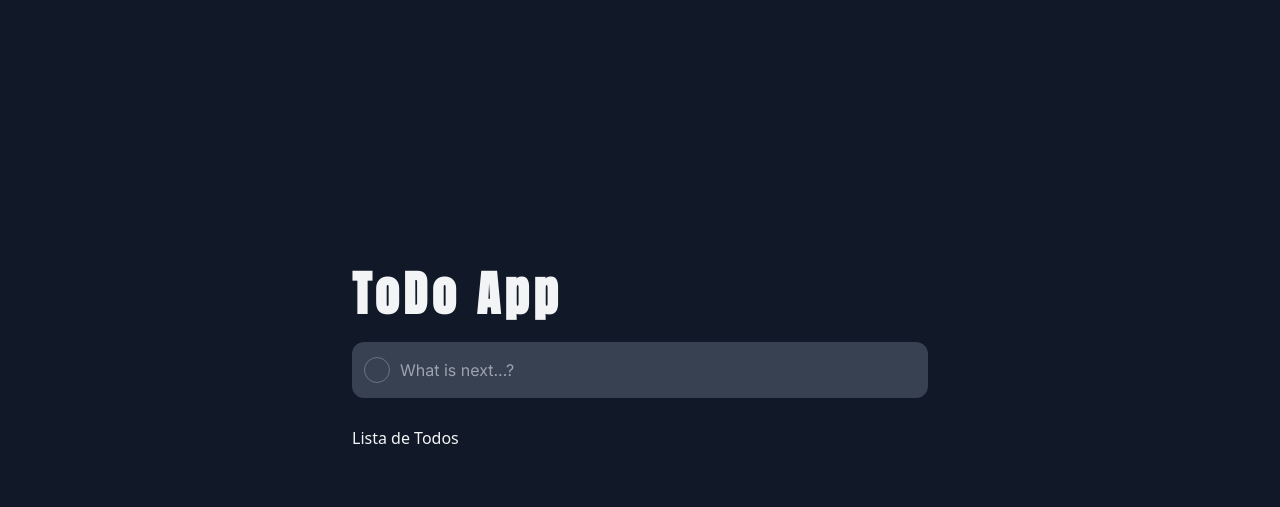
Repository: mvbri/app-todo-fullstack
Page: /
An editor plug-in stored every save of this project. The page is shown before and after a run of saves, followed by the edit.
The browser window is 1280 px wide. The pictures show the whole page.
The project was rebuilt for these pictures with package versions that can differ from the ones it lists, and the page was loaded fresh each time. Also part of the build but not shown: src/App.css.

Above is the page before, as saved 2023-04-09 12:47:39.

After the next 2 saves:
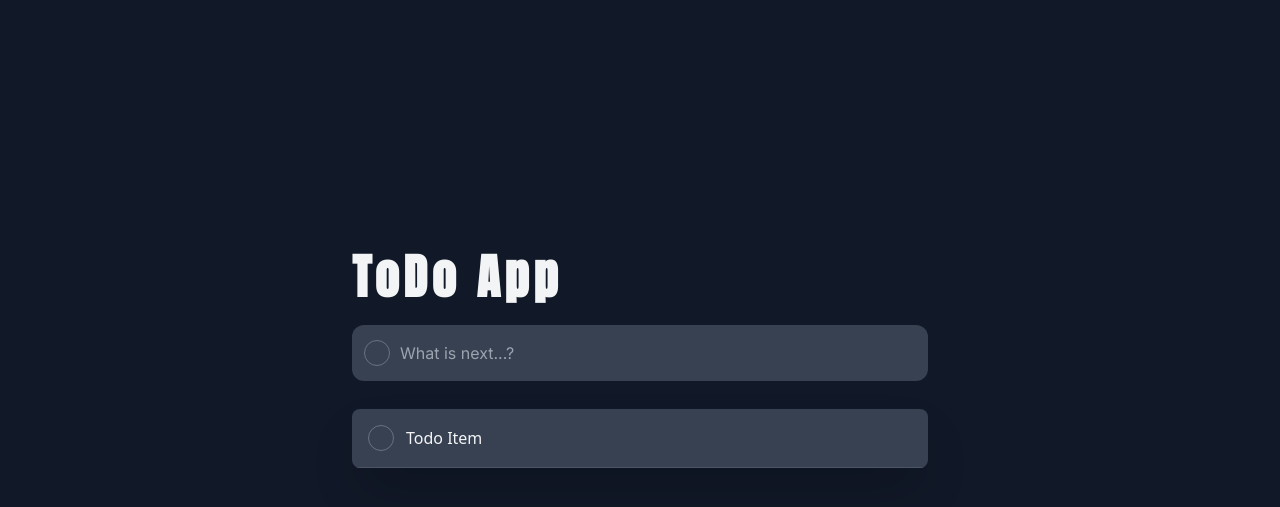
The 2 saves are shown as one change because 1 did not build or start.
The last was saved 78 s later.
--- a/src/App.js
+++ b/src/App.js
@@ -2,6 +2,7 @@ import './App.css';
 import Title from './components/Title';
 import TodoInput from './components/TodoInput';
 import TodoList from './components/TodoList';
+import Todo from './components/Todo';
 
 function App() {
 	return (
@@ -10,7 +11,7 @@ function App() {
 				<Title />
 				<TodoInput />
 				<TodoList>
-					<h2>Lista de Todos</h2>
+					<Todo />
 				</TodoList>
 			</div>
 		</div>
